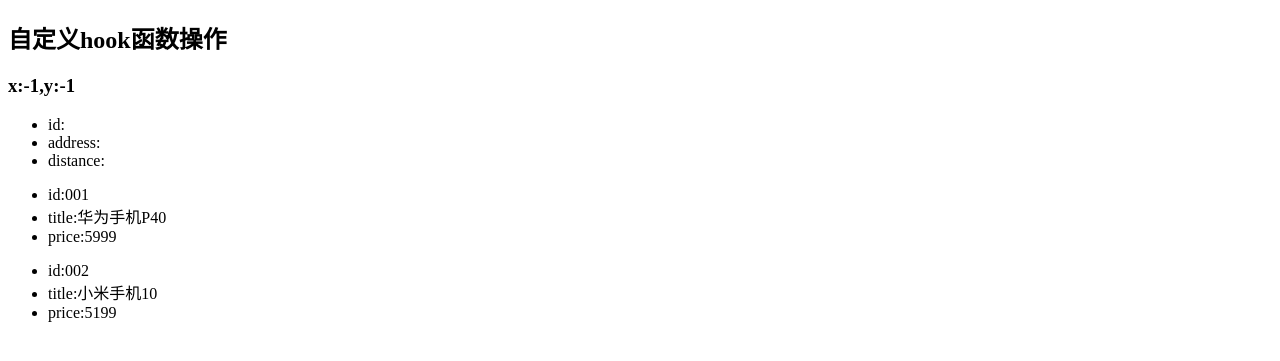
Repository: zhuhongxiang/Vue3.0-TSLeaning
Page: / (app in 04_Vue3/vue3_learning/)
An editor plug-in stored every save of this project. The page is shown before and after the next save, followed by the edit.
The browser window is 1280 px wide. The pictures show the whole page.
The project was rebuilt for these pictures with package versions that can differ from the ones it lists, and the page was loaded fresh each time.

Above is the page before, as saved 2021-07-26 16:51:16.

### 04_Vue3/vue3_learning/src/main.ts
// 程序的主入口文件，ts文件，是main.ts
// 引入createApp函数，创建对应的应用产生应用的实例对象
import { createApp } from 'vue'
// 引入App组件（所有组件的父级组件）
import App from './App.vue'
// 创建App应用返回对应的实例对象，调用mount方法进行挂载
createApp(App).mount('#app')

### 04_Vue3/vue3_learning/src/App.vue
<template>
  <h2>自定义hook函数操作</h2>
  <h3>x:{{ x }},y:{{ y }}</h3>
  <h3 v-if="loading">正在加载中...</h3>
  <h3 v-else-if="errorMsg">错误信息：{{ errorMsg }}</h3>
  <ul v-else>
    <li>id:{{ data.id }}</li>
    <li>address:{{ data.address }}</li>
    <li>distance:{{ data.distance }}</li>
  </ul>
  <!--数组数据- --->
  <ul v-for="item in data" :key="item.id">
    <li>id:{{ item.id }}</li>
    <li>title:{{ item.title }}</li>
    <li>price:{{ item.price }}</li>
  </ul>
</template>

<script lang='ts'>
import {
  defineComponent,
  onBeforeUnmount,
  onMounted,
  reactive,
  ref,
  watch,
} from "vue";
import useMousePosition from "./hooks/useMousePosition";
import useRequest from "./hooks/useRequest";

// 定义接口，约束对象的类型
interface IAddressData {
  id: number;
  address: string;
  distance: string;
}
interface IProductData {
  id: string;
  title: string;
  price: number;
}
export default defineComponent({
  name: "App",
  props: {},
  components: {},
  // 需求1：用户在页面中点击页面，把点击的位置的横纵坐标收集并展示出来
  setup() {
    const { x, y } = useMousePosition();
    // 发送请求
    // const { loading, data, errorMsg } = useRequest<IAddressData>("/data/address.json"); // 获取对象数据
    const { loading, data, errorMsg } = useRequest<IProductData[]>(
      "/data/products.json"
    ); // 获取数组数据
    // 监视
    watch(data, () => {
      if (data.value) {
        console.log(data.value.length);
      }
    });
    return {
      x,
      y,
      loading,
      data,
      errorMsg,
    };
  },
});
</script>

<style scoped>
</style>

### 04_Vue3/vue3_learning/src/hooks/useMousePosition.ts
import { onBeforeUnmount, onMounted, ref } from "vue";

export default function () {
    const x = ref(-1);
    const y = ref(-1);

    // 点击事件的回调函数
    const clickHandler = (event: MouseEvent) => {
        x.value = event.pageX
        y.value = event.pageY
    }

    // 页面已经加载完毕，再进行点击的操作
    // 页面加载完毕的生命周期组合API
    onMounted(() => {
        window.addEventListener('click', clickHandler)
    })
    // 页面卸载前的生命周期组合API
    onBeforeUnmount(() => {
        window.removeEventListener('click', clickHandler)
    })
    return {
        x,
        y
    }
}

### 04_Vue3/vue3_learning/src/hooks/useRequest.ts
// 引入axios
import axios from 'axios'
import { ref } from 'vue'
// 发送ajax的请求
export default function <T>(url: string) {
    // 加载的状态
    const loading = ref(true)
    // 请求成功的数据
    const data = ref<T | null>(null) // 坑
    // 错误信息
    const errorMsg = ref('')
    // 发送请求
    axios.get(url).then(response => {
        //改变加载状态
        loading.value = false
        data.value = response.data
    }).catch(error => {
        //改变加载状态
        loading.value = false
        errorMsg.value = error.message || '未知错误'

    })

    return {
        loading,
        data,
        errorMsg
    }
}

### 04_Vue3/vue3_learning/public/data/products.json
[
    {
        "id":"001",
        "title":"华为手机P40",
        "price":5999
    },
    {
        "id":"002",
        "title":"小米手机10",
        "price":5199
    }
]

Loaded but not shown: 04_Vue3/vue3_learning/public/index.html (common file)

After the next save:
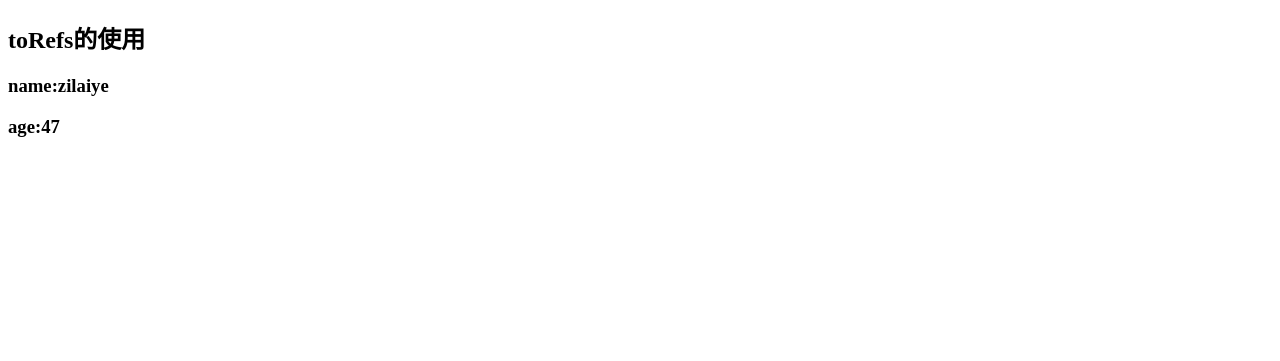
Saved 3 min 32 s later.
--- a/04_Vue3/vue3_learning/src/App.vue
+++ b/04_Vue3/vue3_learning/src/App.vue
@@ -1,68 +1,23 @@
 <template>
-  <h2>自定义hook函数操作</h2>
-  <h3>x:{{ x }},y:{{ y }}</h3>
-  <h3 v-if="loading">正在加载中...</h3>
-  <h3 v-else-if="errorMsg">错误信息：{{ errorMsg }}</h3>
-  <ul v-else>
-    <li>id:{{ data.id }}</li>
-    <li>address:{{ data.address }}</li>
-    <li>distance:{{ data.distance }}</li>
-  </ul>
-  <!--数组数据- --->
-  <ul v-for="item in data" :key="item.id">
-    <li>id:{{ item.id }}</li>
-    <li>title:{{ item.title }}</li>
-    <li>price:{{ item.price }}</li>
-  </ul>
+  <h2>toRefs的使用</h2>
+  <h3>name:{{ state.name }}</h3>
+  <h3>age:{{ state.age }}</h3>
 </template>
 
 <script lang='ts'>
-import {
-  defineComponent,
-  onBeforeUnmount,
-  onMounted,
-  reactive,
-  ref,
-  watch,
-} from "vue";
-import useMousePosition from "./hooks/useMousePosition";
-import useRequest from "./hooks/useRequest";
-
-// 定义接口，约束对象的类型
-interface IAddressData {
-  id: number;
-  address: string;
-  distance: string;
-}
-interface IProductData {
-  id: string;
-  title: string;
-  price: number;
-}
+import { defineComponent, reactive } from "vue";
 export default defineComponent({
   name: "App",
   props: {},
   components: {},
-  // 需求1：用户在页面中点击页面，把点击的位置的横纵坐标收集并展示出来
   setup() {
-    const { x, y } = useMousePosition();
-    // 发送请求
-    // const { loading, data, errorMsg } = useRequest<IAddressData>("/data/address.json"); // 获取对象数据
-    const { loading, data, errorMsg } = useRequest<IProductData[]>(
-      "/data/products.json"
-    ); // 获取数组数据
-    // 监视
-    watch(data, () => {
-      if (data.value) {
-        console.log(data.value.length);
-      }
+    const state = reactive({
+      name: "zilaiye",
+      age: 47,
     });
+
     return {
-      x,
-      y,
-      loading,
-      data,
-      errorMsg,
+      state,
     };
   },
 });
